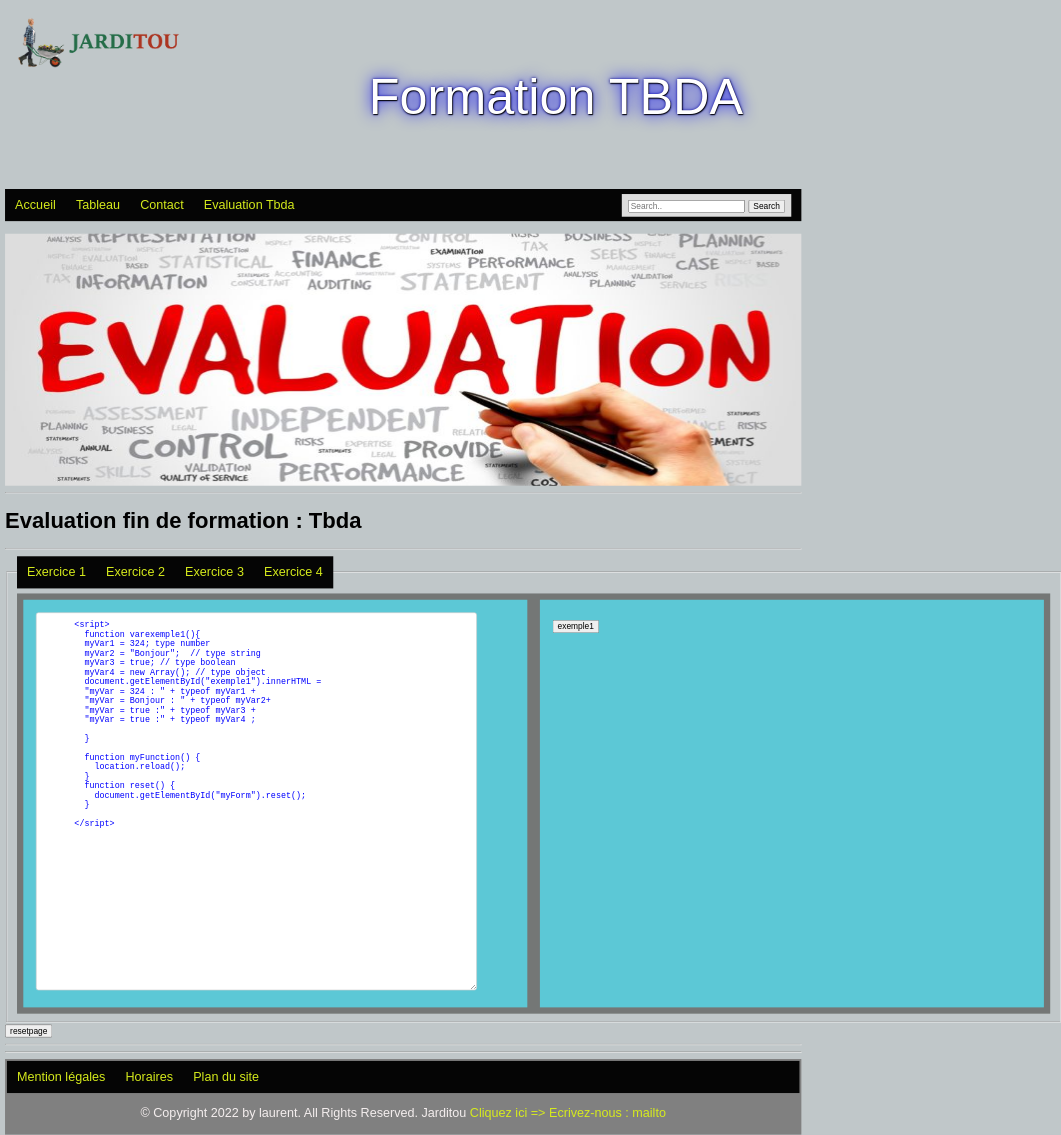
Repository: laurentbul/jarditou
Page: javascript/EvaluationTbda/evaluation_tbda.html
An editor plug-in stored every save of this project. The page is shown before and after the next save, followed by the edit.
The browser window is 1280 px wide. The page is 1684 px wide, so the pictures cover 1684 px, including what lies to the right of the window. The pictures show the whole page, at 63% of full size.

Above is the page before, as saved 2022-12-15 03:43:57.

### javascript/EvaluationTbda/evaluation_tbda.html
<!DOCTYPE html>
<html lang="fr">

<head>
  <meta charset="UTF-8">
  <meta http-equiv="X-UA-Compatible" content="IE=edge">
  <meta name="viewport" content="width=device-width, initial-scale=1.0">
  <title>cours exercices HTML</title>
  <link rel="stylesheet" href="../assets/css/style.css" />

  <style>
    .flex-container2 {
      display: flex;
      background-color: rgb(116, 119, 118);
      justify-content: center;
    }

    .flex-container2 > div {
      background-color: #5cc8d6;
      margin: 10px;
      padding: 20px;
      font-size: 30px;
      width: 800px;
    }
    </style>
</head>

<body>
  <div class="flex-container">
    <div class="logo"><img src="../assets/img/jarditou_logo.png" alt="jarditou logo" title="jarditou logo" height="80" />
    </div>
    <div>
      <p class="slogan">Formation TBDA </p>
    </div>
  </div>
  <nav>
    <ul>
      <li><a href="../index.html">Accueil</a></li>
      <li><a href="../table.html">Tableau</a></li>
      <li><a href="../contact.html">Contact</a></li>
      <li><a href="evaluation_tbda.html">Evaluation Tbda</a></li>
      <li class="search-container">
        <div>
          <form action="/action_page.php">
            <input type="text" class="searchinput" placeholder="Search.." name="search" />
            <button type="submit">Search</button>
          </form>
        </div>
      </li>
    </ul>
  </nav>

  <img src="../assets/img/evaluation2.jpg" width="500" height="400" alt="qu'est ce que html" class="imgpromotion"
    title="promotion jarditou" />
  <hr />
  <h1>Evaluation fin de formation : Tbda</h1>
  <hr>



  <fieldset>
    <legend style="padding:1px 0; font-size:20px;">
      <nav>
          <ul>
            <li><a href="eval_ex1.html">Exercice 1 </a></li>
            <li><a href="eval_ex2.html">Exercice 2 </a></li>
            <li><a href="eval_ex3.html">Exercice 3</a></li>
            <li><a href="eval_ex4.html">Exercice 4</a></li>
            </li>
          </ul>
        </nav>
  </legend>
    <div class="flex-container2">
    <div id="code">
      <textarea style="height: 600px;width: 700px; color: blue;">
      <sript>
        function varexemple1(){
        myVar1 = 324; type number
        myVar2 = "Bonjour";  // type string
        myVar3 = true; // type boolean
        myVar4 = new Array(); // type object
        document.getElementById("exemple1").innerHTML =
        "myVar = 324 : " + typeof myVar1 +
        "myVar = Bonjour : " + typeof myVar2+
        "myVar = true :" + typeof myVar3 +
        "myVar = true :" + typeof myVar4 ;

        }

        function myFunction() {
          location.reload();
        }
        function reset() {
          document.getElementById("myForm").reset();
        }

      </sript>
    </textarea>
    </div>
    <div id="exemple1">    <div ><input type="button" onclick="varexemple1()" value="exemple1">

    </div>

  </fieldset>


  <input type="button" onclick="myFunction()" value="resetpage"></div></div>
<hr>
<script>
function varexemple1(){
myVar1 = 324;    /* type number*/
myVar2 = "Bonjour";  // type string
myVar3 = true; // type boolean
myVar4 = new Array(); // type object
document.getElementById("exemple1").innerHTML =
"myVar = 324 : " + typeof myVar1 + "<br>" +"<br>" +
"myVar = Bonjour : " + typeof myVar2 + "<br>" +"<br>" +
"myVar = true :" + typeof myVar3 + "<br>" +"<br>" +
"myVar = true :" + typeof myVar4 + "<br>" +"<br>"

}

function myFunction() {
  location.reload();
}
function reset() {
  document.getElementById("myForm").reset();
}

</script>

<hr>
  <footer>
    <nav>
      <ul>
        <li><a href="mentionlegale.html">Mention légales</a></li>
        <li><a href="horaire.html">Horaires</a></li>
        <li><a href="plandusite.html">Plan du site</a></li>
      </ul>
    </nav>
    <p style="color: rgb(244, 238, 238);">
      &copy; Copyright 2022 by laurent. All Rights Reserved. Jarditou
      <a href="mailto:dave.loper@afpa.fr" title="Nous contacter">
        Cliquez ici => Ecrivez-nous : mailto
      </a>
    </p>
  </footer>
</body>

</html>

### javascript/assets/css/style.css
body {
  font-family: Arial, Helvetica, sans-serif;
  padding: 0px;
  background-color: rgb(192, 199, 201);
  font-size: 20px;
  height: 1500px;
}
h1{font-size: 35px;
}
h2{font-size: 20px;
}
.flex-container {
  display: flex;
}

.flex-container>div {
  padding: 20px;
}

.jarditou_logo {
  height: 80px;
}

.slogan {
  color: white;
  text-shadow: 1px 1px 2px black, 0 0 25px blue, 0 0 5px darkblue;
  font-size: 40px;
  margin-left: 250px;
  font-size: 80px;
}

ul {
  list-style-type: none;
  margin: 0;
  padding: 0;
  overflow: hidden;
  background-color: rgb(5, 5, 5);
}

li {
  float: left;
}

li a {
  display: block;
  color: white;
  text-align: center;
  padding: 14px 16px;
  text-decoration: none;
}

li a:hover:not(.active) {
  background-color: rgb(240, 10, 10);
}

.active {
  background-color: #4caf50;
}

a:link {
  color: rgb(214, 235, 28);
  background-color: transparent;
  text-decoration: none;
}

ul.a {

  background-color: rgb(179, 167, 167);

  color:rgb(42, 226, 211);

}


aside {
  width: 30%;
  height: 25%px;
  padding-left: 15px;
  float: right;
  font-style: italic;
  background-color: lightgray;
  margin-right: 60px;
  /*display:none */ /*===========correction =======================*/
}



.imgpromotion {
  display: block;
  margin-top: 20px;
  margin-left: auto;
  margin-right: auto;
  width: 100%;
}


footer {
  text-align: center;
  padding: 3px;
  background-color: gray;
  color: white;
}


.search-container {
  float: right;
  padding: 6px 10px;
  margin-top: 8px;
  margin-right: 16px;
  background: #ddd;
  font-size: 20px;
  border: none;
  cursor: pointer;
}


* {
  box-sizing: border-box;
}

input[type=text]:not(.searchinput),
select,
textarea {
  width: 100%;
  padding: 12px;
  border: 1px solid #ccc;
  border-radius: 4px;
  resize: vertical;
}



input[type=submit] {
  display: block;
  margin: 0px;
  width: 100%;
  padding: 12px;
  background-color: rgb(211, 211, 212);
}


input[type=submit]:hover {
  background-color: #d6c82f;
}

.container {
  border-radius: 5px;
  background-color: #af1818;
  padding: 20px;
}

#pays {
  font-size: 20px;
}

#birthday {
  font-size: 20px;
}

table {
  margin-bottom: 50px;
  margin-left: 100px;
}


th,
td {
  border: 1px solid black;
  border-collapse: collapse;
  margin-left: 100px;
  margin-bottom: 10px;
  background-color: #3f3324;
}

th {
  background-color: gray;
}

tr {
  color: azure;
}

table {
  width: 50%;
}

.btncontact {
  height: 45px;
  width: 200px;
  background-color: hsl(127, 4%, 46%);
  font-size: 20px;
  margin-left: 100px;
}

.btncontact:hover {
  background-color: #6ab0d8;
  color: white;
}

/* Responsive layout - when the screen is less than 768px wide, make the two columns stack on top of each other instead of next to each other */
@media screen and (max-width: 768px) {

  body {

    background-color: lavender;
    font-size: 14px;
  }


  .flex-container {
    display: flex;
  }

  .flex-container>div {
    padding: 0px;

  }

  .jarditou_logo {
    height: 80px;
  }

  .slogan {
    color: white;
    text-shadow: 1px 1px 2px black, 0 0 25px blue, 0 0 5px darkblue;
    margin-left: 0px;
    font-size: 40px;
  }

  ul {
    list-style-type: none;
    background-color: #367791;
    width: 768px;
  }

  li {
    background-color: rgb(10, 10, 10);
    display: flex;
    justify-content: center;
    width: 768px;
  }

  li a:hover:not(.active) {
    background-color: rgb(240, 10, 10);
  }

  aside{
    visibility: hidden;
}


}

.error{
  color: rgb(197, 22, 22);
}

After the next save:
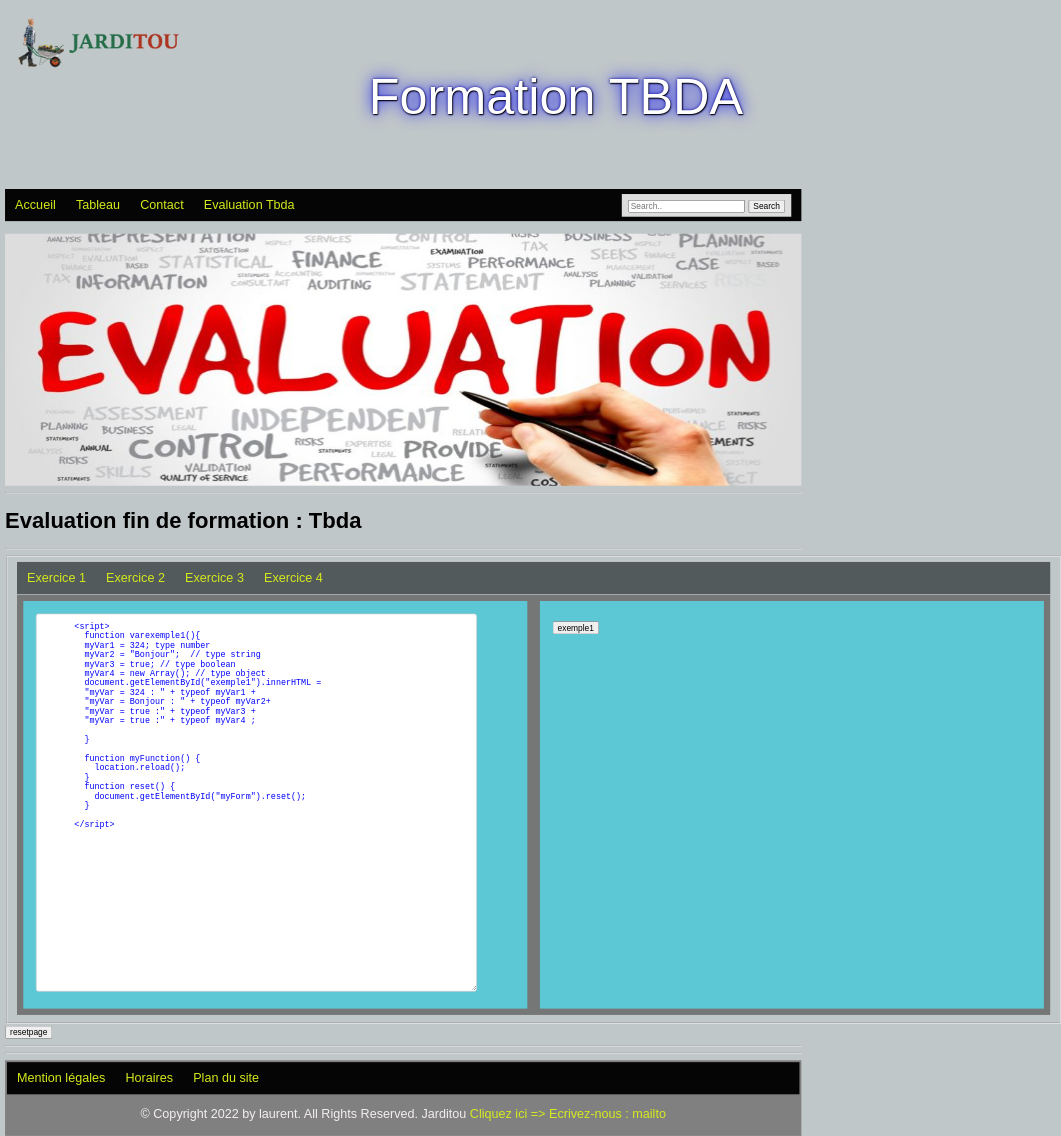
Saved 13 s later.
--- a/javascript/EvaluationTbda/evaluation_tbda.html
+++ b/javascript/EvaluationTbda/evaluation_tbda.html
@@ -59,17 +59,15 @@
 
 
   <fieldset>
-    <legend style="padding:1px 0; font-size:20px;">
-      <nav>
-          <ul>
-            <li><a href="eval_ex1.html">Exercice 1 </a></li>
-            <li><a href="eval_ex2.html">Exercice 2 </a></li>
-            <li><a href="eval_ex3.html">Exercice 3</a></li>
-            <li><a href="eval_ex4.html">Exercice 4</a></li>
-            </li>
-          </ul>
-        </nav>
-  </legend>
+    <nav style="padding:1px 0; font-size:20px;">
+      <ul style="background-color: #525a5b;">
+        <li><a href="eval_ex1.html">Exercice 1 </a></li>
+        <li><a href="eval_ex2.html">Exercice 2 </a></li>
+        <li><a href="eval_ex3.html">Exercice 3</a></li>
+        <li><a href="eval_ex4.html">Exercice 4</a></li>
+        </li>
+      </ul>
+    </nav>
     <div class="flex-container2">
     <div id="code">
       <textarea style="height: 600px;width: 700px; color: blue;">
